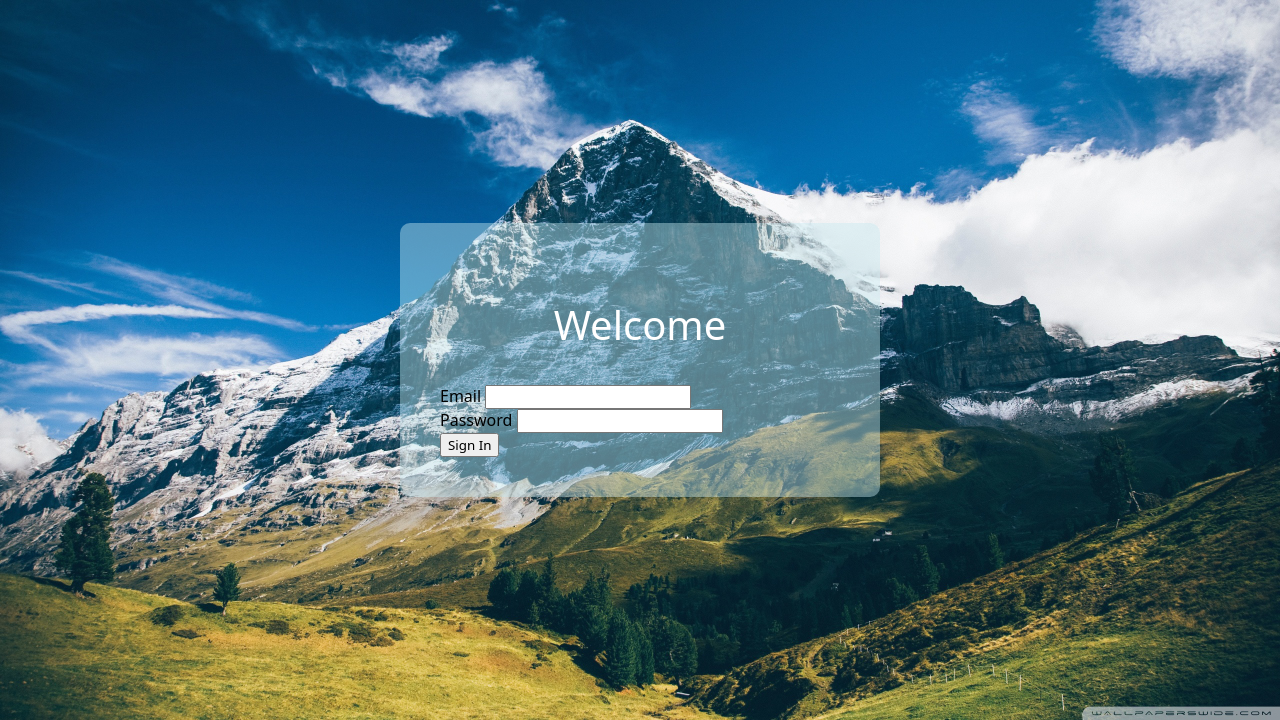
Repository: Szelbi/SimpliestLoginPage
Page: index.html
These files come from the project's save history. The page is drawn as it stood at one moment and after the next save; the edit follows.
The browser window is 1280 px wide. The pictures show the whole page.

Above is the page before, as saved 2021-02-04 22:09:52.

After the next save:
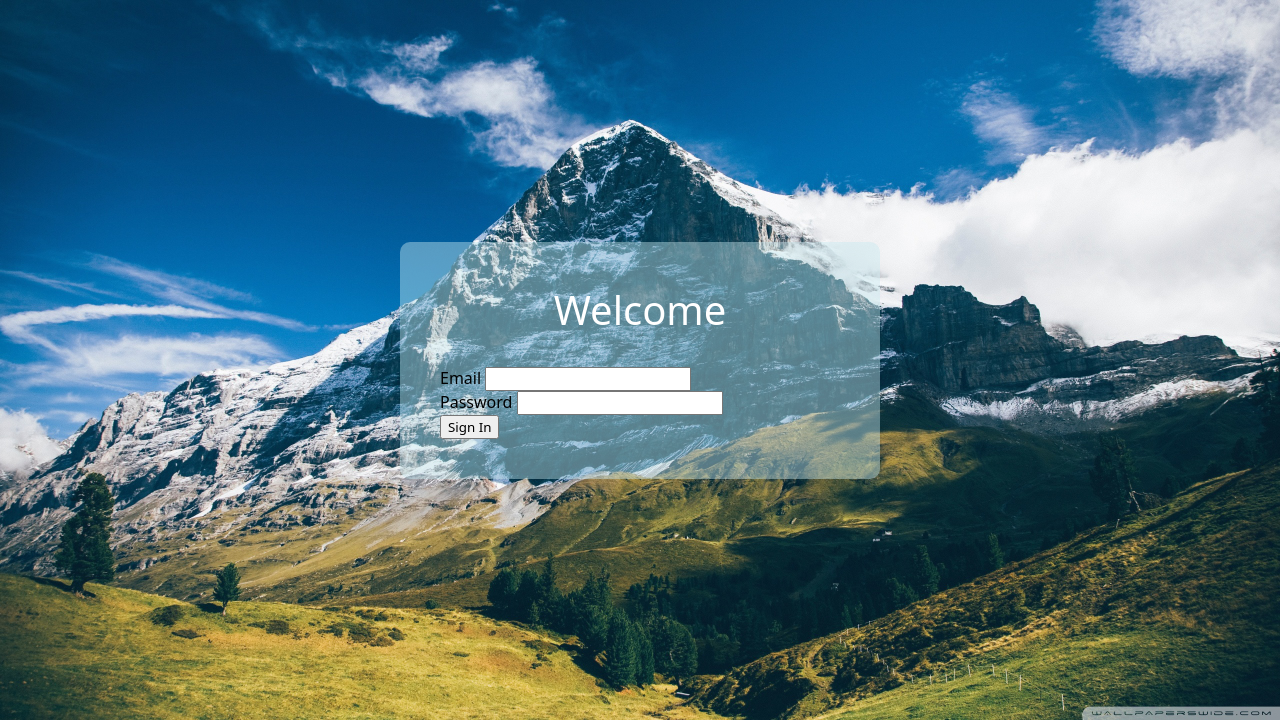
Saved 21 s later.
--- a/style.css
+++ b/style.css
@@ -31,4 +31,6 @@
     text-align: center;
     font-weight: 300;
     font-size: 2.5rem;
+    margin: 0;
+    margin-bottom: 30px;
 }
